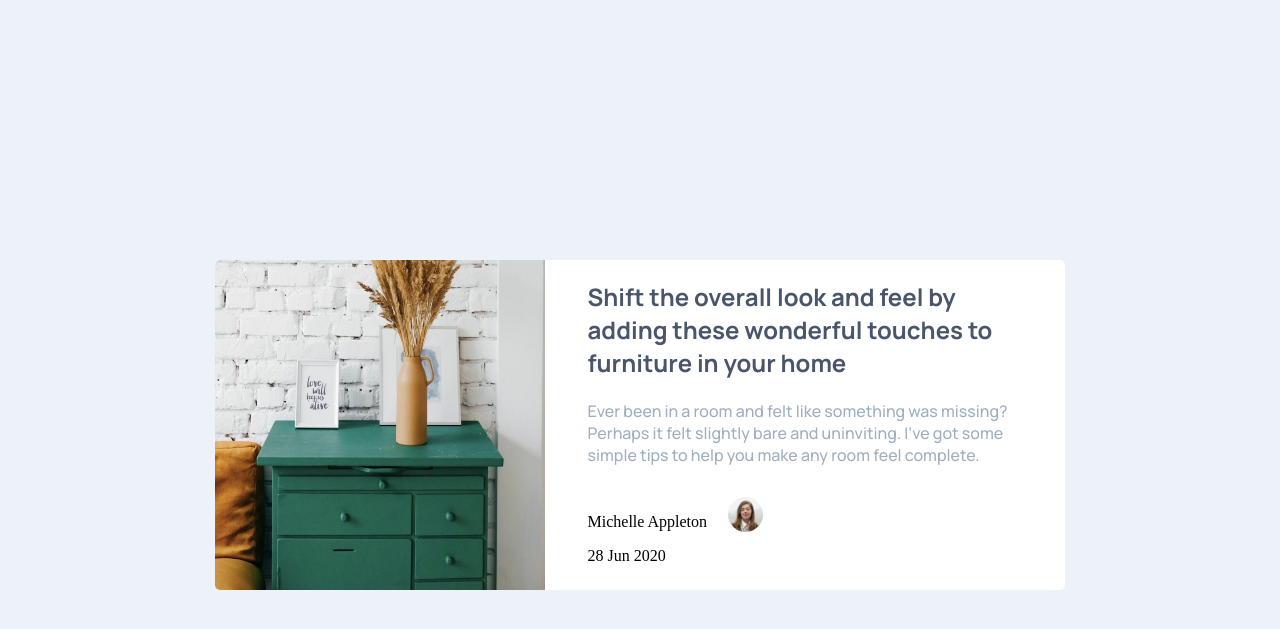
Repository: ricky603/training-css
Page: article-preview-component-master/index.html
The author's editor kept a copy of each file at every save. The page is drawn from the files as they stood at one save, then again after the next save.
The browser window is 1280 px wide. The pictures show the whole page.

Above is the page before, as saved 2020-09-09 09:14:33.

### article-preview-component-master/index.html
<!DOCTYPE html>
<html lang="en">

<head>
    <meta charset="UTF-8">
    <meta name="viewport" content="width=device-width, initial-scale=1.0">
    <!-- displays site properly based on user's device -->

    <link rel="icon" type="image/png" sizes="32x32" href="./images/favicon-32x32.png">
    <link rel="stylesheet" href="./styles.css">
    <link href="https://fonts.googleapis.com/css2?family=Manrope:wght@500;700&display=swap" rel="stylesheet">

    <title>Frontend Mentor | Article preview component</title>

    <!-- Feel free to remove these styles or customise in your own stylesheet 👍 -->
</head>

<body>
    <div class="article">
        <div id="image">
            <img src="./images/drawers.jpg" class="drawer">
        </div>

        <div class="post">
            <div class="head">
                <h2>Shift the overall look and feel by adding these wonderful touches to furniture in your home</h2>
            </div>
            <div class="body">
                <p>Ever been in a room and felt like something was missing? Perhaps it felt slightly bare and uninviting. I’ve got some simple tips to help you make any room feel complete.</p>
            </div>
            <div class="avatar">
                <img src="./images/avatar-michelle.jpg" class="profile">
                <div class="name">
                    <p>Michelle Appleton</p>
                    <p>28 Jun 2020</p>
                </div>
            </div>
        </div>
    </div>


</body>

</html>

<!--

  Ever been in a room and felt like something was missing? Perhaps
  it felt slightly bare and uninviting. I’ve got some simple tips
  to help you make any room feel complete.

  Michelle Appleton
  28 Jun 2020

  Share -->

### article-preview-component-master/styles.css
body {
    background-color: hsl(210, 46%, 95%);
}

h2 {
    font-family: 'Manrope';
    font-weight: 700;
}

#image {
    display: inline-block;
}

.post {
    position: absolute;
    width: 52%;
    display: inline-block;
    margin: 0% 5% 1% 5%;
}

.body {
    position: relative;
    display: inline-block;
    font-family: 'Manrope';
    font-weight: 500;
    font-size: 16px;
    color: hsl(212, 23%, 69%);
    bottom: 15px;
}

.head {
    display: inline-block;
    color: hsl(217, 19%, 35%);
}

.article {
    position: fixed;
    width: 850px;
    height: 330px;
    background-color: white;
    margin: auto;
    top: 50%;
    left: 50%;
    margin-top: -100px;
    margin-left: -425px;
    border-radius: 5px;
}

.drawer {
    width: 330px;
    height: 330px;
    border-radius: 5px 0 0 5px;
}

.attribution {
    font-size: 11px;
    text-align: center;
}

.attribution a {
    color: hsl(228, 45%, 44%);
}

.avatar {
    display: inline-block;
}

.profile {
    height: 20%;
    width: 20%;
    border-radius: 100%;
    float: right;
}

After the next save:
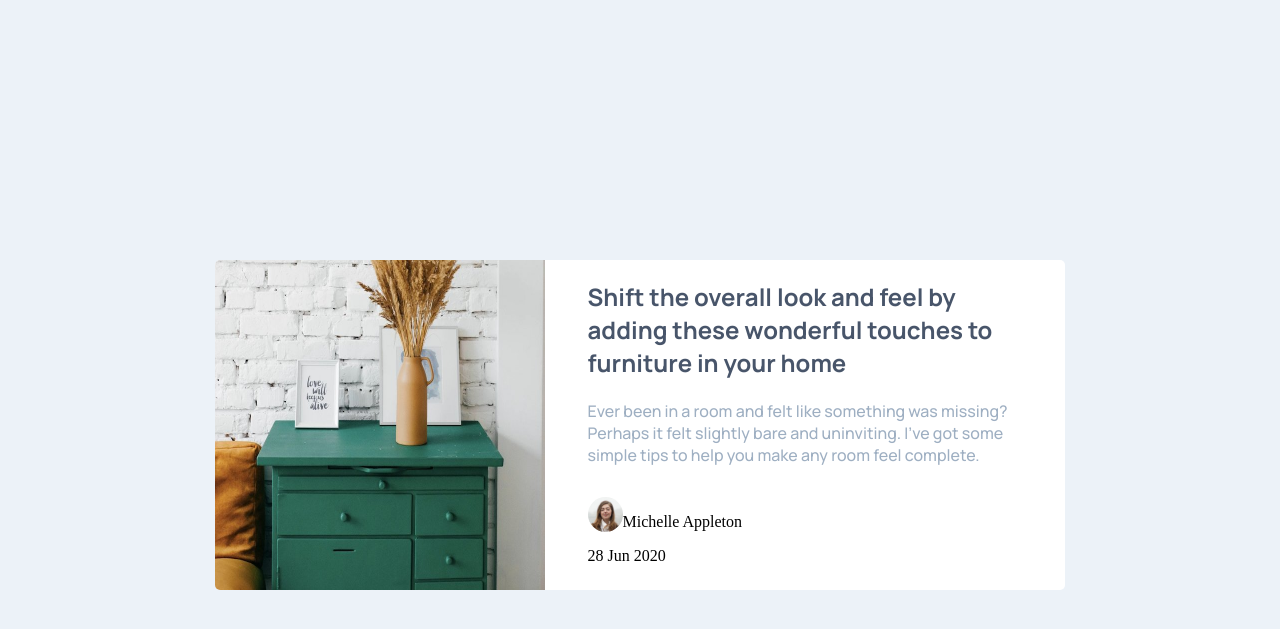
Saved 14 s later.
--- a/article-preview-component-master/styles.css
+++ b/article-preview-component-master/styles.css
@@ -69,5 +69,5 @@ h2 {
     height: 20%;
     width: 20%;
     border-radius: 100%;
-    float: right;
+    float: left;
 }
